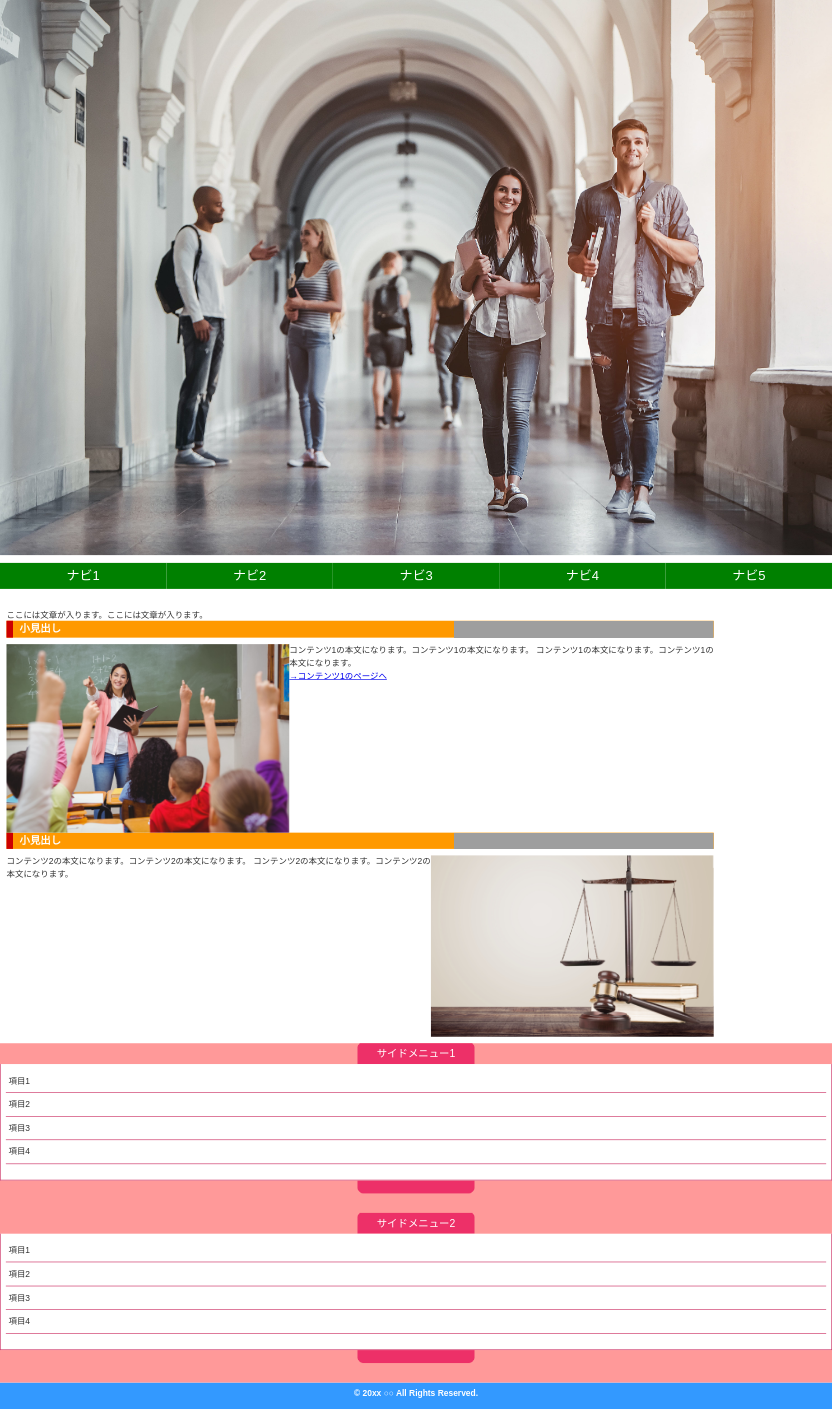
Repository: HeshaRI123/samurai_HTML-CSS
Page: index.html
The author's editor kept a record of every edit. The page is drawn from the files as they stood at one moment, then again after the next edit.
The browser window is 1280 px wide. The pictures show the whole page, at 65% of full size.
Pictures or frames that could not be fetched are drawn as grey boxes.

Above is the page before.

### index.html
<!DOCTYPE html>
<html lang="ja">
<head>
    <meta charset="UTF-8">
        <title>HTML/CSSの学習</title>
        <link rel="stylesheet" href="stylesheet.css">
</head>
<body>
    <div id="header">
        <h1><a href="index.html"><img id="corridor" src="images/corridor.jfif" alt="大学の廊下"></a> </h1>
    </div>
    <div id="wrapper">
        <div id="nav">
            <ul>
                <li><a href="home.html">ナビ1</a></li>
                <li><a href="#">ナビ2</a></li>
                <li><a href="#">ナビ3</a></li>
                <li><a href="#">ナビ4</a></li>
                <li><a href="#">ナビ5</a></li>
            </ul>
        </div>
        <div id="container">
            <div id="main">
                <div class="post">
                    <p>ここには文章が入ります。ここには文章が入ります。</p>
                </div>
                <div class="post clearfix">
                    <h2>小見出し</h2>
                    <img class="left" src="images/classroom.jpg" alt="授業風景" />
                    <p>
                        コンテンツ1の本文になります。コンテンツ1の本文になります。
                        コンテンツ1の本文になります。コンテンツ1の本文になります。
                    </p>
                    <p><a href="#">→コンテンツ1のページへ</a></p>
                </div>
                <div class="post clearfix">
                    <h2>小見出し</h2>
                    <img class="right" src="images/scale.jpg" alt="天秤" />
                    <p>
                        コンテンツ2の本文になります。コンテンツ2の本文になります。
                        コンテンツ2の本文になります。コンテンツ2の本文になります。
                    </p>
                </div>
            </div>
            <div id="side">
                <div class="box">
                    <h2>サイドメニュー1</h2>
                    <div class="boxBody">
                        <ul>
                            <li>項目1</li>
                            <li>項目2</li>
                            <li>項目3</li>
                            <li>項目4</li>
                        </ul>
                    </div>
                </div>
                <div class="box">
                    <h2>サイドメニュー2</h2>
                    <div class="boxBody">
                        <ul>
                            <li>項目1</li>
                            <li>項目2</li>
                            <li>項目3</li>
                            <li>項目4</li>
                        </ul>
                    </div>
                </div>

            </div>
        </div>
    </div>
    <div id="footer">
        <p>&copy; 20xx ○○ All Rights Reserved.</p>
    </div>
</body>
</html>

### stylesheet.css
@charset "utf-8";

body {
	margin: 0;
	padding: 0;
	font-family: "ヒラギノ角ゴ Pro W3", "Hiragino Kaku Gothic Pro", "メイリオ", Meiryo, Osaka, "ＭＳ Ｐゴシック", "MS PGothic", sans-serif;
	color: #333;
	font-size: 13px;
	line-height: 150%;
}

/* -------------------- wrapper -------------------- */
#wrapper {
    width: 100%;
    margin: auto;
    padding: 0px;
    border: 0px;
    background-color: #FFF;
    top: 10px;
    position: relative;
}

/* -------------------- header -------------------- */
#header {
	width: 100%;
}
#header h1 {
	margin: 0;
	padding: 0;
}

#corridor {
	width: 100%;
	height: auto;
}

/* -------------------- footer -------------------- */
#footer {
	clear: both;
	width: 100%;
	padding: 3px 0 3px 0;
	background: #39F;
	color: #FFF;
	font-weight: bold;
	text-align: center;
}

/* -------------------- nav -------------------- */
#nav {
	width: 100%;
}
#nav ul {
	display: flex;
	margin: 0;
	padding: 0;
	list-style-type: none;
}
#nav ul li {
	width: 20%;
	text-align: center;
}
#nav ul li a {
	display: block;
	height: 20px;
	margin: 0;
	padding: 10px;
	color: #FFF;
	font-size: 20px;
	text-decoration: none;
	background-color: green;
}


#nav ul li a:hover {
	filter:  drop-shadow(10px 10px 10px black)
}



/*---------------- container ------------------*/
#container {
    width: 100%;
    margin: auto;
    padding: auto;
    padding-top: 20px;
    clear: both;
    display: grid;
    grid-template-colums: 70vw 30vw;
}

/*---------- main -------------*/
#main {
	width: 85%;
	padding: 10px 30px 10px 10px;
}
#main h2 {
    margin: 0 0 10px 0;
    padding: 3px 10px 3px 10px;
    color: #FFF;
    font-size: 16px;
    border-left: solid 10px #c00;
    background: #f90 url(../images/main_h2.jpg) right top repeat-y;
}
#main p {
    margin: 0;
    padding: 0;
}
#main .post {
	magin: 0 0 30px 0;
}

#main .post img .right {
	margin: 0 0 0 8px;
}
#main .post img .left {
	margin: 0 8px 0 0;
}

.right {
	float: right;
	width: 40%;
	height: auto;
}
.left {
	float: left;
	width: 40%;
	height: auto;
}

/*------- clear fix --------*/
.clearfix {
	zoom: 1;
}
.clearfix:after {
	content: "";
	display: block;
	clear: both;
}

/*------- side ---------*/
#side {
	width: 85%
	padding: 20px;
	background-color: #f99;
}
#side .box {
	margin: 0 auto 30px auto;
	padding: 0 0 20px 0;
	background: url(images/side_box.png) bottom no-repeat;
}
#side .box h2 {
	margin: 0;
	padding: 8px;
	text-align: center;
	color: #fff;
	font-size: 16px;
	line-height: 16px;
	font-weight: normal;
	background: url(images/side_box_h2.png) center no-repeat;
}
#side .box .boxBody {
	padding: 8px;
	border-right: solid 1px #c36;
	border-bottom: solid 1px #c36;
	border-left: solid 1px #c36;
	background: #fff;
}
#side .box .boxBody ul {
	margin: 0 0 16px 0;
	padding: 0;
}
#side .box .boxBody ul li {
	padding: 8px 0 8px 4px;
	list-style: none;
	border-bottom: solid 1px #C36
}

#side .box .boxBody ul li:hover {
	padding: 8px 0 8px 4px;
	list-style: none;
	border-bottom: solid 1px #c36;
	box-shadow: 0px 4px 4px rgba(0, 0, 0, 0.3);
}

After the next edit:
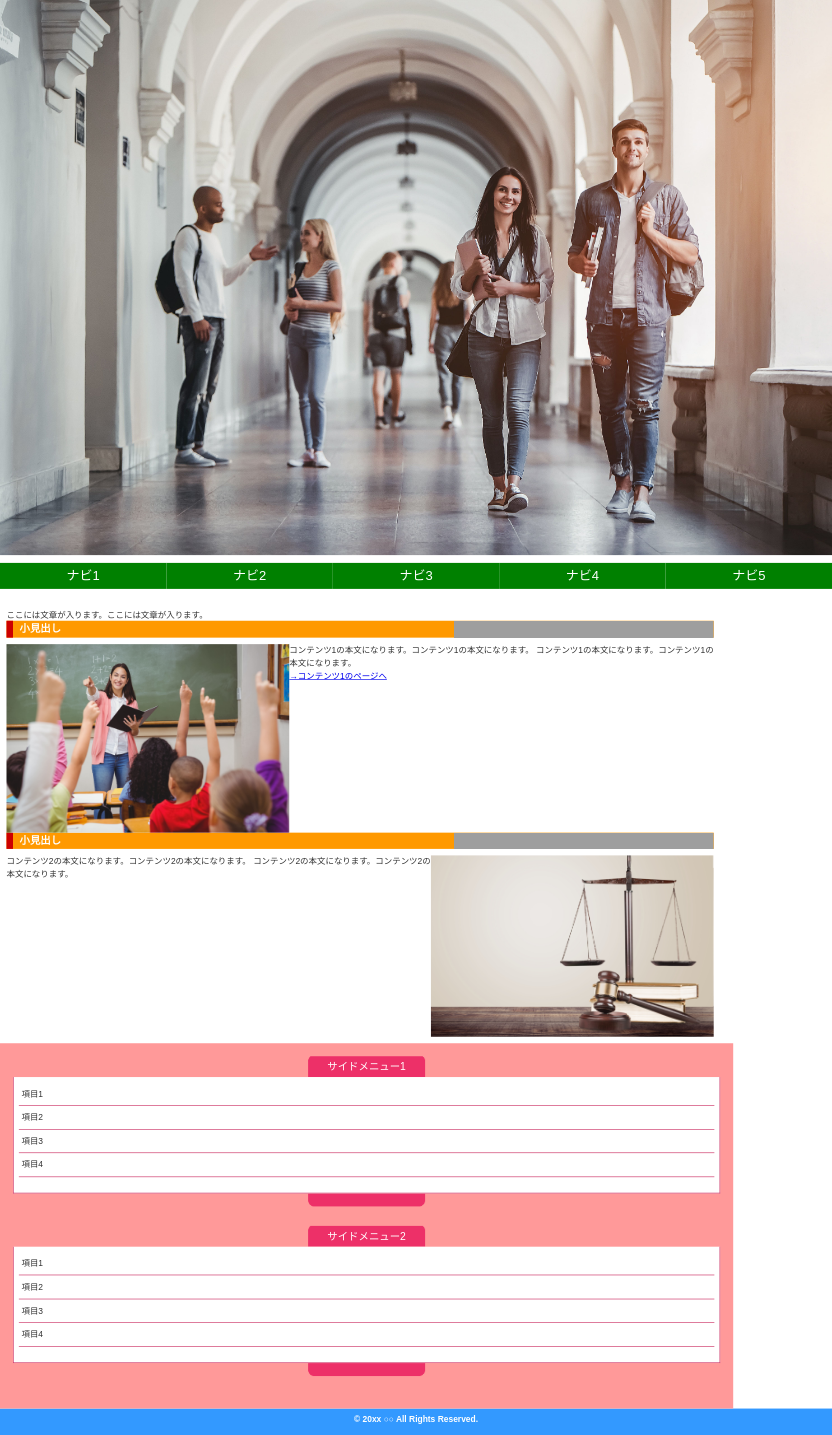
The edit:
--- a/stylesheet.css
+++ b/stylesheet.css
@@ -139,7 +139,7 @@
 
 /*------- side ---------*/
 #side {
-	width: 85%
+	width: 85%;
 	padding: 20px;
 	background-color: #f99;
 }
